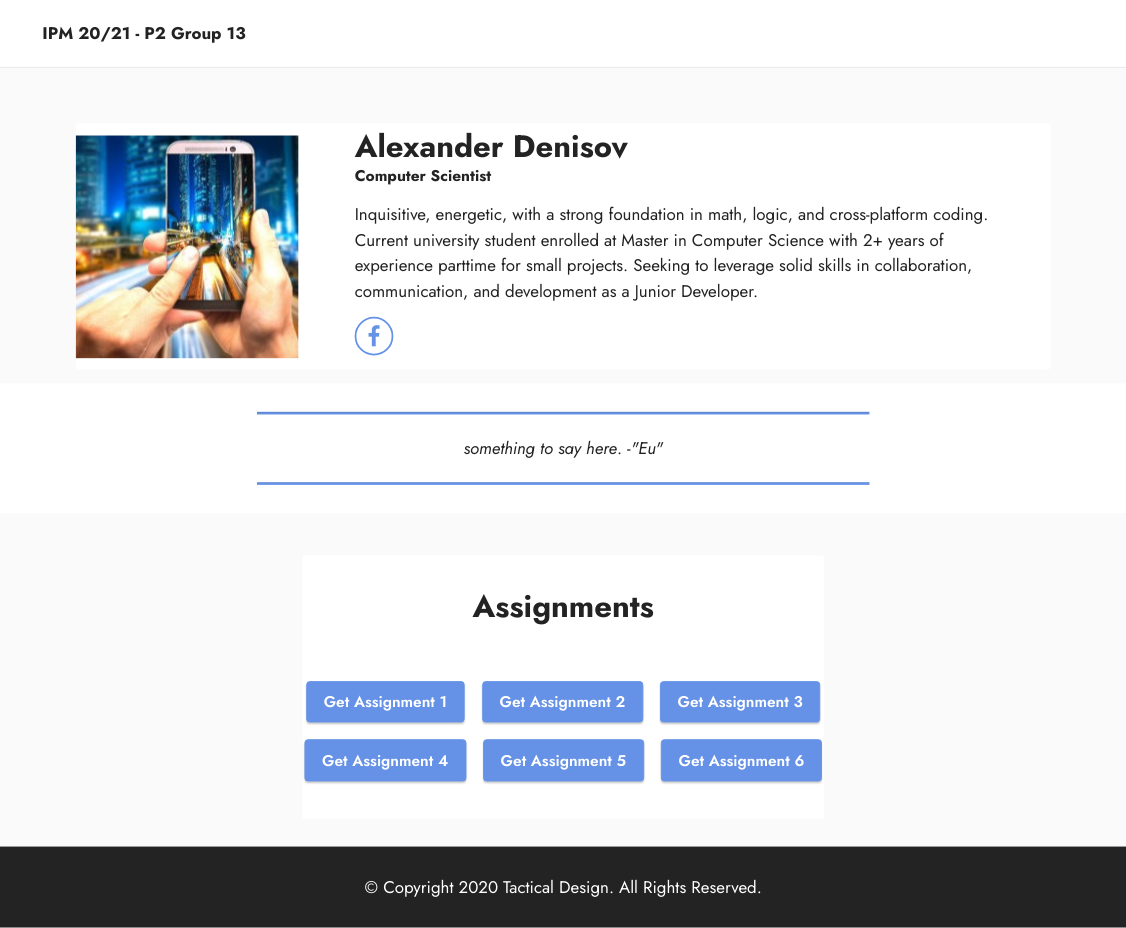
Repository: denisov93/tacticaldesign
Page: page2.html
These files come from the project's save history. The page is drawn as it stood at one moment and after the next save; the edit follows.
The browser window is 1280 px wide. The pictures show the whole page, at 88% of full size.

Above is the page before, as saved 2020-09-25 20:26:54.

### page2.html
<!DOCTYPE html>
<html  >
<head>
  <!-- Site made with Mobirise Website Builder v5.1.4, https://mobirise.com -->
  <meta charset="UTF-8">
  <meta http-equiv="X-UA-Compatible" content="IE=edge">
  <meta name="generator" content="Mobirise v5.1.4, mobirise.com">
  <meta name="viewport" content="width=device-width, initial-scale=1, minimum-scale=1">
  <link rel="shortcut icon" href="assets/images/logo-89x89-1.png" type="image/x-icon">
  <meta name="description" content="">


  <title>About 44592</title>
  <link rel="stylesheet" href="assets/tether/tether.min.css">
  <link rel="stylesheet" href="assets/bootstrap/css/bootstrap.min.css">
  <link rel="stylesheet" href="assets/bootstrap/css/bootstrap-grid.min.css">
  <link rel="stylesheet" href="assets/bootstrap/css/bootstrap-reboot.min.css">
  <link rel="stylesheet" href="assets/dropdown/css/style.css">
  <link rel="stylesheet" href="assets/socicon/css/styles.css">
  <link rel="stylesheet" href="assets/theme/css/style.css">
  <link rel="preload" as="style" href="assets/mobirise/css/mbr-additional.css"><link rel="stylesheet" href="assets/mobirise/css/mbr-additional.css" type="text/css">




</head>
<body>

    <section class="menu cid-s48OLK6784" once="menu" id="menu1-k">

      <nav class="navbar navbar-dropdown navbar-fixed-top navbar-expand-lg">
          <div class="container-fluid">
              <div class="navbar-brand">

                  <span class="navbar-caption-wrap"><a class="navbar-caption text-black display-7" href="https://mobiri.se">IPM 20/21 - P2 Group 13</a></span>
              </div>
              <button class="navbar-toggler" type="button" data-toggle="collapse" data-target="#navbarSupportedContent" aria-controls="navbarNavAltMarkup" aria-expanded="false" aria-label="Toggle navigation">
                  <div class="hamburger">
                      <span></span>
                      <span></span>
                      <span></span>
                      <span></span>
                  </div>
              </button>
              <div class="collapse navbar-collapse" id="navbarSupportedContent">
                  <ul class="navbar-nav nav-dropdown nav-right" data-app-modern-menu="true"><li class="nav-item"><a class="nav-link link text-black text-primary display-7" href="index.html">Back to Main Page</a></li></ul>


              </div>
          </div>
      </nav>

  </section>

  <section class="team2 cid-sbrg7hMvkK" xmlns="http://www.w3.org/1999/html" id="team2-10">


      <div class="container">
          <div class="card">
              <div class="card-wrapper">
                  <div class="row align-items-center">
                      <div class="col-12 col-md-3">
                          <div class="image-wrapper">
                              <img src="assets/images/mbr-506x285.jpeg" alt="Mobirise">
                          </div>
                      </div>
                      <div class="col-12 col-md">
                          <div class="card-box">
                              <h5 class="card-title mbr-fonts-style m-0 display-5">
                                  <strong>Alexander Denisov</strong></h5>
                              <h6 class="card-subtitle mbr-fonts-style mb-3 display-4"><strong>Computer Scientist</strong></h6>
                              <p class="mbr-text mbr-fonts-style display-7">Inquisitive, energetic, with a strong foundation in math, logic, and cross-platform coding.
                                <br>Current university student enrolled at Master in Computer Science with 2+ years of experience parttime for small projects. Seeking to leverage solid skills in collaboration, communication, and development as a Junior Developer.
                              </p>
                              <div class="social-row display-7">
                                  <div class="soc-item">
                                      <a href="https://www.facebook.com/denisov.alexander.9/" target="_blank">
                                          <span class="mbr-iconfont socicon socicon-facebook"></span>
                                      </a>
                                  </div>




                              </div>
                          </div>
                      </div>
                  </div>
              </div>
          </div>


      </div>
  </section>

  <section class="content6 cid-sbrxQp1clU" id="content6-19">

      <div class="container-fluid">
          <div class="row justify-content-center">
              <div class="col-md-12 col-lg-7">
                  <hr class="line">
                  <p class="mbr-text align-center mbr-fonts-style my-4 display-7"><em>something to say here</em>. -<em>"Eu"</em></p>
                  <hr class="line">
              </div>
          </div>
      </div>
  </section>

  <section class="pricing2 cid-sbryg0oYzd" id="pricing2-1b">



      <div class="container-fluid">
          <div class="row justify-content-center">
              <div class="col-12 col-md-6 align-center">
                  <div class="plan">
                      <div class="plan-header">
                          <h6 class="plan-title mbr-fonts-style mb-3 display-5">
                              <strong>Assignments</strong></h6>
                          <div class="plan-price">
                              <p class="price mbr-fonts-style m-0 display-7"></p>
                              <p class="price-term mbr-fonts-style mb-3 display-7"></p>
                          </div>
                      </div>
                      <div class="plan-body">
                          <div class="plan-list mb-4">
                              <ul class="list-group mbr-fonts-style list-group-flush display-7"></ul>
                          </div>
                          <div class="mbr-section-btn text-center"><a href="44592A1.html" class="btn btn-primary display-4">Get Assignment 1</a> <a href="https://mobiri.se" class="btn btn-primary display-4">Get Assignment 2</a> <a href="https://mobiri.se" class="btn btn-primary display-4">Get Assignment 3</a> <a href="https://mobiri.se" class="btn btn-primary display-4">Get Assignment 4<br></a> <a href="https://mobiri.se" class="btn btn-primary display-4">Get Assignment 5<br></a> <a href="https://mobiri.se" class="btn btn-primary display-4">Get Assignment 6<br></a></div>
                      </div>
                  </div>
              </div>



          </div>
      </div>
  </section>

  <section class="footer3 cid-s48P1Icc8J" once="footers" id="footer3-l">
      <div class="container">
          <div class="media-container-row align-center mbr-white">
              <div class="row row-copirayt">
                  <p class="mbr-text mb-0 mbr-fonts-style mbr-white align-center display-7">
                      © Copyright 2020 Tactical Design. All Rights Reserved.
                  </p>
              </div>
          </div>
      </div>
  </section>
  </body>
</html>

### assets/dropdown/css/style.css
.navbar-dropdown {
  left: 0;
  padding: 0;
  position: absolute;
  right: 0;
  top: 0;
  transition: all 0.45s ease;
  z-index: 1030;
  background: #282828; }
  .navbar-dropdown .navbar-logo {
    margin-right: 0.8rem;
    transition: margin 0.3s ease-in-out;
    vertical-align: middle; }
    .navbar-dropdown .navbar-logo img {
      height: 3.125rem;
      transition: all 0.3s ease-in-out; }
    .navbar-dropdown .navbar-logo.mbr-iconfont {
      font-size: 3.125rem;
      line-height: 3.125rem; }
  .navbar-dropdown .navbar-caption {
    font-weight: 700;
    white-space: normal;
    vertical-align: -4px;
    line-height: 3.125rem !important; }
    .navbar-dropdown .navbar-caption, .navbar-dropdown .navbar-caption:hover {
      color: inherit;
      text-decoration: none; }
  .navbar-dropdown .mbr-iconfont + .navbar-caption {
    vertical-align: -1px; }
  .navbar-dropdown.navbar-fixed-top {
    position: fixed; }
  .navbar-dropdown .navbar-brand span {
    vertical-align: -4px; }
  .navbar-dropdown.bg-color.transparent {
    background: none; }
  .navbar-dropdown.navbar-short .navbar-brand {
    padding: 0.625rem 0; }
    .navbar-dropdown.navbar-short .navbar-brand span {
      vertical-align: -1px; }
  .navbar-dropdown.navbar-short .navbar-caption {
    line-height: 2.375rem !important;
    vertical-align: -2px; }
  .navbar-dropdown.navbar-short .navbar-logo {
    margin-right: 0.5rem; }
    .navbar-dropdown.navbar-short .navbar-logo img {
      height: 2.375rem; }
    .navbar-dropdown.navbar-short .navbar-logo.mbr-iconfont {
      font-size: 2.375rem;
      line-height: 2.375rem; }
  .navbar-dropdown.navbar-short .mbr-table-cell {
    height: 3.625rem; }
  .navbar-dropdown .navbar-close {
    left: 0.6875rem;
    position: fixed;
    top: 0.75rem;
    z-index: 1000; }
  .navbar-dropdown .hamburger-icon {
    content: "";
    display: inline-block;
    vertical-align: middle;
    width: 16px;
    -webkit-box-shadow: 0 -6px 0 1px #282828,0 0 0 1px #282828,0 6px 0 1px #282828;
    -moz-box-shadow: 0 -6px 0 1px #282828,0 0 0 1px #282828,0 6px 0 1px #282828;
    box-shadow: 0 -6px 0 1px #282828,0 0 0 1px #282828,0 6px 0 1px #282828; }

.dropdown-menu .dropdown-toggle[data-toggle="dropdown-submenu"]::after {
  border-bottom: 0.35em solid transparent;
  border-left: 0.35em solid;
  border-right: 0;
  border-top: 0.35em solid transparent;
  margin-left: 0.3rem; }

.dropdown-menu .dropdown-item:focus {
  outline: 0; }

.nav-dropdown {
  font-size: 0.75rem;
  font-weight: 500;
  height: auto !important; }
  .nav-dropdown .nav-btn {
    padding-left: 1rem; }
  .nav-dropdown .link {
    margin: .667em 1.667em;
    font-weight: 500;
    padding: 0;
    transition: color .2s ease-in-out; }
    .nav-dropdown .link.dropdown-toggle {
      margin-right: 2.583em; }
      .nav-dropdown .link.dropdown-toggle::after {
        margin-left: .25rem;
        border-top: 0.35em solid;
        border-right: 0.35em solid transparent;
        border-left: 0.35em solid transparent;
        border-bottom: 0; }
      .nav-dropdown .link.dropdown-toggle[aria-expanded="true"] {
        margin: 0;
        padding: 0.667em 3.263em  0.667em 1.667em; }
  .nav-dropdown .link::after,
  .nav-dropdown .dropdown-item::after {
    color: inherit; }
  .nav-dropdown .btn {
    font-size: 0.75rem;
    font-weight: 700;
    letter-spacing: 0;
    margin-bottom: 0;
    padding-left: 1.25rem;
    padding-right: 1.25rem; }
  .nav-dropdown .dropdown-menu {
    border-radius: 0;
    border: 0;
    left: 0;
    margin: 0;
    padding-bottom: 1.25rem;
    padding-top: 1.25rem;
    position: relative; }
  .nav-dropdown .dropdown-submenu {
    margin-left: 0.125rem;
    top: 0; }
  .nav-dropdown .dropdown-item {
    font-weight: 500;
    line-height: 2;
    padding: 0.3846em 4.615em 0.3846em 1.5385em;
    position: relative;
    transition: color .2s ease-in-out, background-color .2s ease-in-out; }
    .nav-dropdown .dropdown-item::after {
      margin-top: -0.3077em;
      position: absolute;
      right: 1.1538em;
      top: 50%; }
    .nav-dropdown .dropdown-item:focus, .nav-dropdown .dropdown-item:hover {
      background: none; }

@media (max-width: 767px) {
  .nav-dropdown.navbar-toggleable-sm {
    bottom: 0;
    display: none;
    left: 0;
    overflow-x: hidden;
    position: fixed;
    top: 0;
    transform: translateX(-100%);
    -ms-transform: translateX(-100%);
    -webkit-transform: translateX(-100%);
    width: 18.75rem;
    z-index: 999; } }
.nav-dropdown.navbar-toggleable-xl {
  bottom: 0;
  display: none;
  left: 0;
  overflow-x: hidden;
  position: fixed;
  top: 0;
  transform: translateX(-100%);
  -ms-transform: translateX(-100%);
  -webkit-transform: translateX(-100%);
  width: 18.75rem;
  z-index: 999; }

.nav-dropdown-sm {
  display: block !important;
  overflow-x: hidden;
  overflow: auto;
  padding-top: 3.875rem; }
  .nav-dropdown-sm::after {
    content: "";
    display: block;
    height: 3rem;
    width: 100%; }
  .nav-dropdown-sm.collapse.in ~ .navbar-close {
    display: block !important; }
  .nav-dropdown-sm.collapsing, .nav-dropdown-sm.collapse.in {
    transform: translateX(0);
    -ms-transform: translateX(0);
    -webkit-transform: translateX(0);
    transition: all 0.25s ease-out;
    -webkit-transition: all 0.25s ease-out;
    background: #282828; }
  .nav-dropdown-sm.collapsing[aria-expanded="false"] {
    transform: translateX(-100%);
    -ms-transform: translateX(-100%);
    -webkit-transform: translateX(-100%); }
  .nav-dropdown-sm .nav-item {
    display: block;
    margin-left: 0 !important;
    padding-left: 0; }
  .nav-dropdown-sm .link,
  .nav-dropdown-sm .dropdown-item {
    border-top: 1px dotted rgba(255, 255, 255, 0.1);
    font-size: 0.8125rem;
    line-height: 1.6;
    margin: 0 !important;
    padding: 0.875rem 2.4rem 0.875rem 1.5625rem !important;
    position: relative;
    white-space: normal; }
    .nav-dropdown-sm .link:focus, .nav-dropdown-sm .link:hover,
    .nav-dropdown-sm .dropdown-item:focus,
    .nav-dropdown-sm .dropdown-item:hover {
      background: rgba(0, 0, 0, 0.2) !important;
      color: #c0a375; }
  .nav-dropdown-sm .nav-btn {
    position: relative;
    padding: 1.5625rem 1.5625rem 0 1.5625rem; }
    .nav-dropdown-sm .nav-btn::before {
      border-top: 1px dotted rgba(255, 255, 255, 0.1);
      content: "";
      left: 0;
      position: absolute;
      top: 0;
      width: 100%; }
    .nav-dropdown-sm .nav-btn + .nav-btn {
      padding-top: 0.625rem; }
      .nav-dropdown-sm .nav-btn + .nav-btn::before {
        display: none; }
  .nav-dropdown-sm .btn {
    padding: 0.625rem 0; }
  .nav-dropdown-sm .dropdown-toggle[data-toggle="dropdown-submenu"]::after {
    margin-left: .25rem;
    border-top: 0.35em solid;
    border-right: 0.35em solid transparent;
    border-left: 0.35em solid transparent;
    border-bottom: 0; }
  .nav-dropdown-sm .dropdown-toggle[data-toggle="dropdown-submenu"][aria-expanded="true"]::after {
    border-top: 0;
    border-right: 0.35em solid transparent;
    border-left: 0.35em solid transparent;
    border-bottom: 0.35em solid; }
  .nav-dropdown-sm .dropdown-menu {
    margin: 0;
    padding: 0;
    position: relative;
    top: 0;
    left: 0;
    width: 100%;
    border: 0;
    float: none;
    border-radius: 0;
    background: none; }
  .nav-dropdown-sm .dropdown-submenu {
    left: 100%;
    margin-left: 0.125rem;
    margin-top: -1.25rem;
    top: 0; }

.navbar-toggleable-sm .nav-dropdown .dropdown-menu {
  position: absolute; }

.navbar-toggleable-sm .nav-dropdown .dropdown-submenu {
  left: 100%;
  margin-left: 0.125rem;
  margin-top: -1.25rem;
  top: 0; }

.navbar-toggleable-sm.opened .nav-dropdown .dropdown-menu {
  position: relative; }

.navbar-toggleable-sm.opened .nav-dropdown .dropdown-submenu {
  left: 0;
  margin-left: 00rem;
  margin-top: 0rem;
  top: 0; }

.is-builder .nav-dropdown.collapsing {
  transition: none !important; }

/*# sourceMappingURL=style.css.map */

Loaded but not shown: assets/tether/tether.min.css (common file); assets/bootstrap/css/bootstrap.min.css (library); assets/bootstrap/css/bootstrap-grid.min.css (library); assets/bootstrap/css/bootstrap-reboot.min.css (library); assets/mobirise/css/mbr-additional.css (3951 lines, source omitted); assets/socicon/css/styles.css (933 lines, source omitted); assets/theme/css/style.css (958 lines, source omitted)

After the next save:
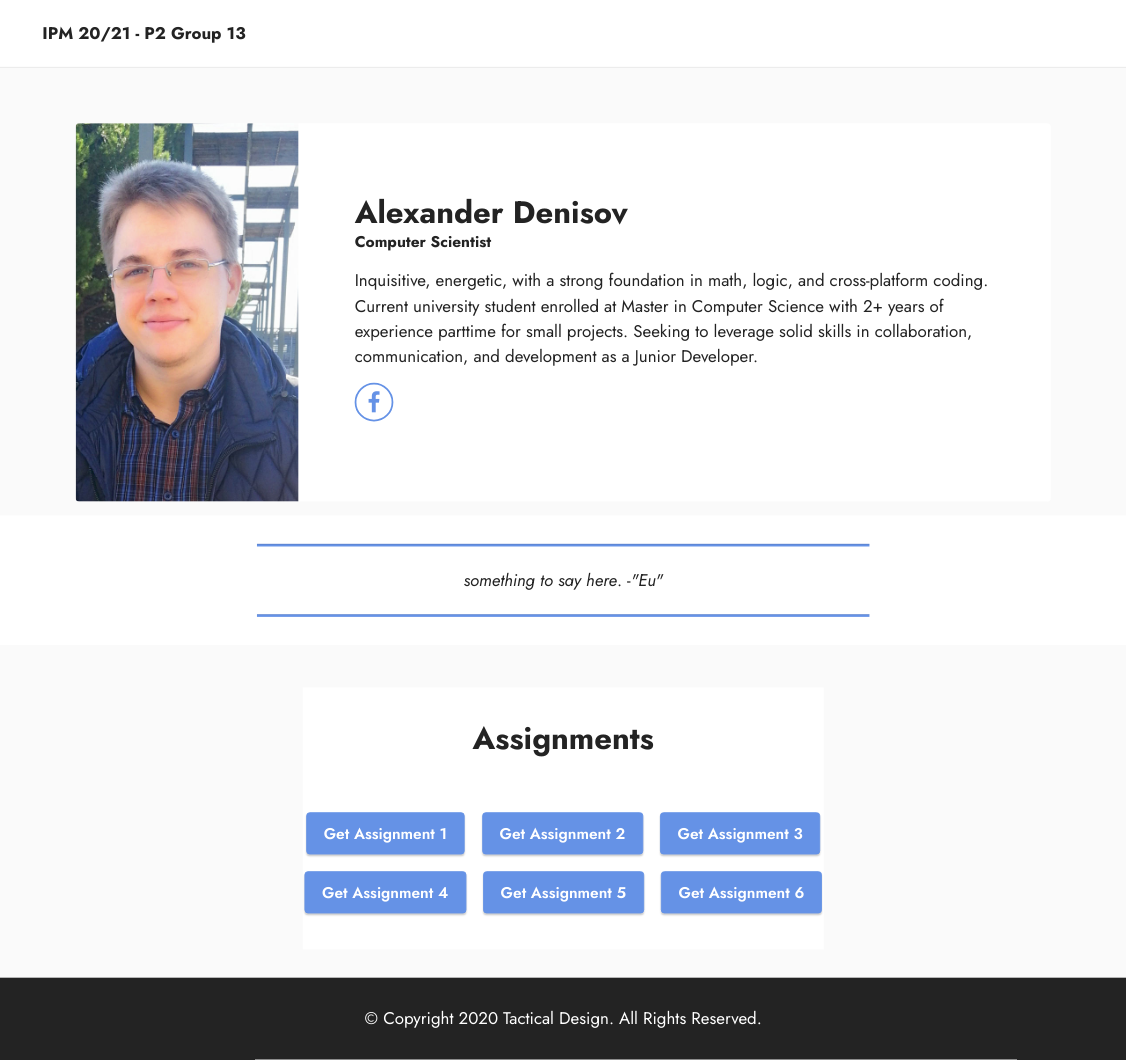
Saved 2 min 50 s later.
--- a/page2.html
+++ b/page2.html
@@ -61,7 +61,7 @@
                   <div class="row align-items-center">
                       <div class="col-12 col-md-3">
                           <div class="image-wrapper">
-                              <img src="assets/images/mbr-506x285.jpeg" alt="Mobirise">
+                              <img src="assets/images/img-20200923-192359-506x860.jpg" alt="Mobirise">
                           </div>
                       </div>
                       <div class="col-12 col-md">
